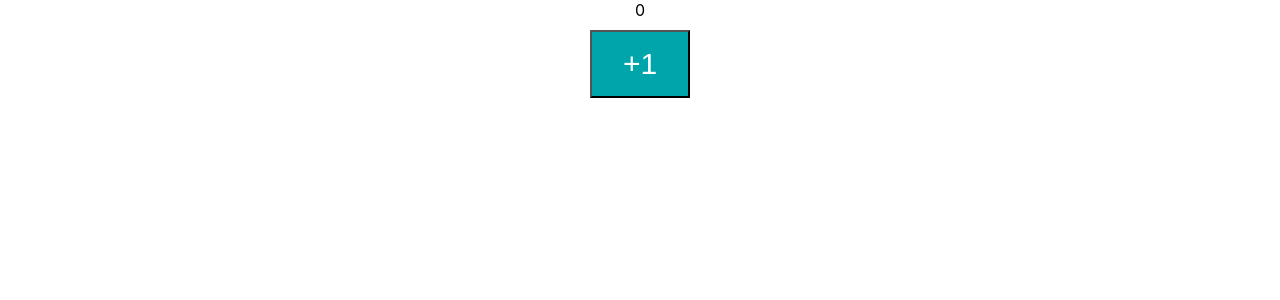
Repository: alexveremis/ReactWithRestAPI
Page: /login
The author's editor kept a copy of each file at every save. The page is drawn from the files as they stood at one save, then again after the next save.
The browser window is 1280 px wide. The pictures show the whole page.
The project was rebuilt for these pictures with package versions that can differ from the ones it lists, and the page was loaded fresh each time.

Above is the page before, as saved 2023-11-01 15:02:37.

After the next save:
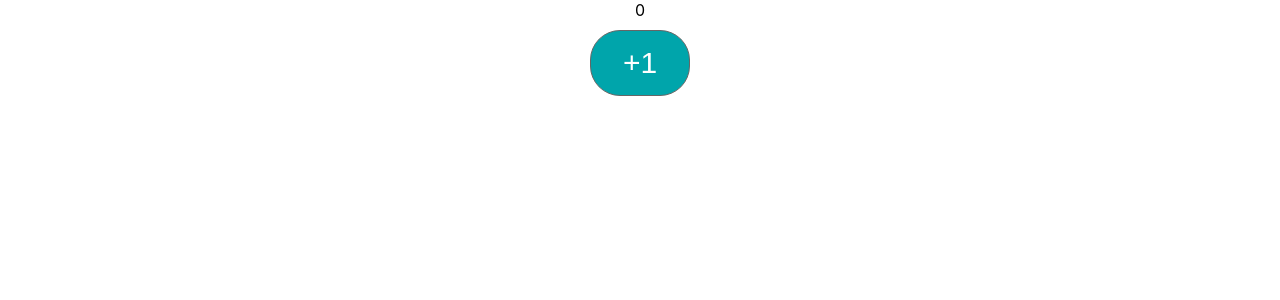
Saved 57 s later.
--- a/src/components/counter/Counter.jsx
+++ b/src/components/counter/Counter.jsx
@@ -7,7 +7,9 @@ export default function Counter() {
         width:'100px',
         margin:'10px',
         color:'white',
-        padding: '15px'
+        padding: '15px',
+        border: "1px solid #666666",
+        borderRadius: "30px",
     };
 
     function incrementCounterFunction() {
